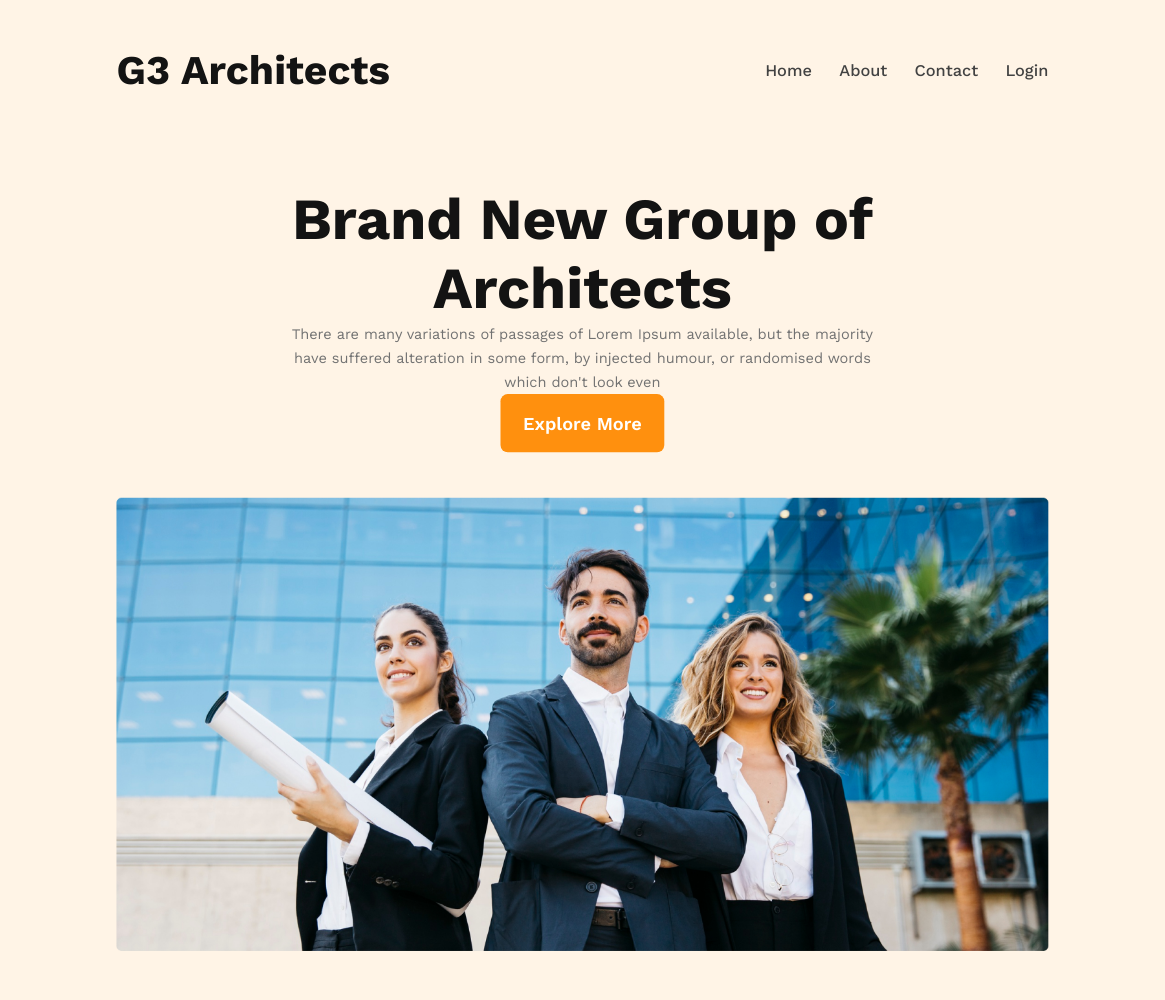
Repository: ShouravAhammed/G3-architects-webpage
Page: index.html
An editor plug-in stored every save of this project. The page is shown before and after the next save, followed by the edit.
The browser window is 1280 px wide. The pictures show the whole page, at 91% of full size.

Above is the page before, as saved 2024-01-12 22:54:30.

After the next save:
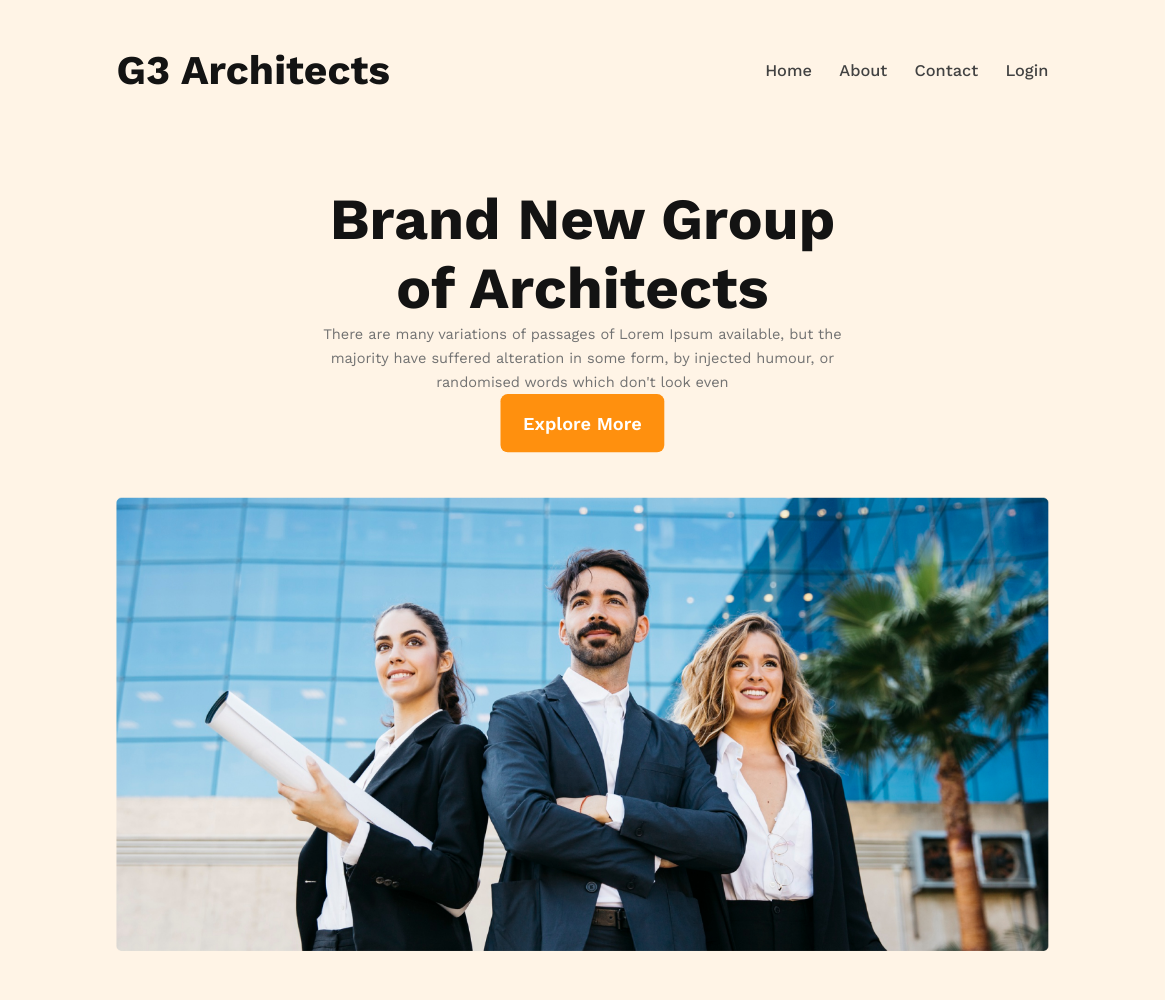
Saved 22 s later.
--- a/styles/style.css
+++ b/styles/style.css
@@ -62,7 +62,7 @@
 
 }
 #banner .banner-content{
-    max-width: 650px;
+    max-width: 600px;
     margin: 100px auto 50px auto;
     text-align: center;
 }
